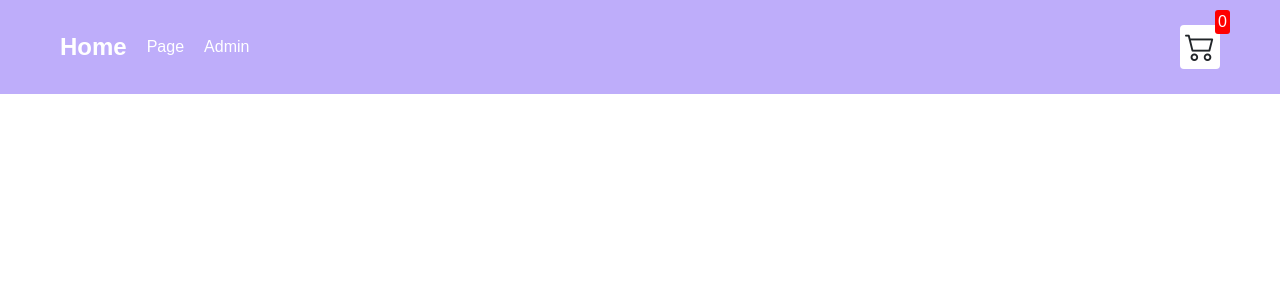
Repository: ducdatit2002/Capstone-management-product
Page: customer/views/index.html
An editor plug-in stored every save of this project. The page is shown before and after the next save, followed by the edit.
The browser window is 1280 px wide. The pictures show the whole page.

Above is the page before, as saved 2023-10-26 16:50:24.

### customer/views/index.html
<!DOCTYPE html>
<html lang="en">

<head>
  <meta charset="UTF-8">
  <meta http-equiv="X-UA-Compatible" content="IE=edge">
  <meta name="viewport" content="width=device-width, initial-scale=1.0">
  <title>Home </title>
  <link rel="stylesheet" href="./../../assets/customer.css">
  <link rel="stylesheet" href="https://cdn.jsdelivr.net/npm/bootstrap-icons@1.8.1/font/bootstrap-icons.css">
</head>

<body>
  <div class="navbar">
    <div class="navbar_direct">
      <a class="nav_item" href="./index.html">
        <h2>Home</h2>
      </a>
      <a class="nav_item" href="./../../index.html">Page</a>
      <a class="nav_item" href="./../../admin/views/index.html">Admin</a>
    </div>

    <a href="cart.html">
      <div class="cart">
        <i class="bi bi-cart2"></i>
        <div id="cartAmount" class="cartAmount">0</div>
      </div>
    </a>

  </div>

  <div class="shop" id="shop">
  </div>

</body>

<script src="./../controllers/main.js"></script>

</html>

### assets/customer.css
/**
BROWSER
**/

* {
  margin: 0;
  padding: 0;
  box-sizing: border-box;
}

body {
  font-family: sans-serif;
}

i {
  cursor: pointer;
}

a {
  text-decoration: none;
  color: white;
}

/**
NAVBAR
  **/

.navbar {
  display: flex;
  flex-direction: row;
  justify-content: space-between;
  background-color: #BEADFA;
  color: white;
  padding: 25px 60px;
  margin-bottom: 30px;
}

.navbar_direct {
  display: flex;
  line-height: 1.5em;
  align-items: center;
}

.nav_item {
  padding-right: 20px;
}

.cart {
  position: relative;
  background-color: #fff;
  color: #212529;
  font-size: 30px;
  padding: 5px;
  border-radius: 4px;
}

.cartAmount {
  position: absolute;
  top: -15px;
  right: -10px;
  font-size: 16px;
  background-color: red;
  color: white;
  padding: 3px;
  border-radius: 3px;
}

/**
SHOP ITEMS
  **/

.shop {
  display: grid;
  grid-template-columns: repeat(4, 223px);
  gap: 30px;
  justify-content: center;
  margin-bottom: 50px;
}

@media (max-width: 1000px) {
  .shop {
    grid-template-columns: repeat(2, 223px);
  }
}

@media (max-width: 500px) {
  .shop {
    grid-template-columns: repeat(1, 223px);
  }
}

.item {
  border: 2px solid #F8BDEB;
  border-radius: 4px;
}

.item img {
  width: 100%;
  border-radius: 2px 2px 0 0;
}

.details {
  display: flex;
  flex-direction: column;
  padding: 10px;
  gap: 10px;
}

.price-quantity {
  display: flex;
  flex-direction: row;
  justify-content: space-between;
  align-items: center;
}

.buttons {
  display: flex;
  flex-direction: row;
  gap: 8px;
  font-size: 16px;
}

.bi-dash-lg {
  color: red;
}

.bi-plus-lg {
  color: green;
}

/**
  * ! style rules for label and some buttons
  **/

.text-center {
  text-align: center;
  margin-bottom: 20px;
}

.HomeBtn,
.checkout,
.removeAll {
  background-color: #212529;
  color: white;
  border: none;
  padding: 6px;
  border-radius: 3px;
  cursor: pointer;
  margin-top: 10px;
}

.checkout {
  background-color: green;
}

.removeAll {
  background-color: red;
}

.bi-x-lg {
  color: red;
  font-weight: bold;
}

/**
shopping-cart
  **/

.shopping-cart {
  display: grid;
  grid-template-columns: repeat(1, 320px);
  justify-content: center;
  gap: 15px;
}

/**
  * ! style rules for cart-item
  **/

.cart-item {
  border: 2px solid #212529;
  border-radius: 5px;
  display: flex;
}

.title-price-x {
  width: 195px;
  display: flex;
  align-items: center;
  justify-content: space-between;
  /* border: 2px solid red; */
}

.title-price {
  display: flex;
  align-items: center;
  gap: 10px;
}

.cart-item-price {
  background-color: #212529;
  color: white;
  border-radius: 4px;
  padding: 3px 6px;
}

Loaded but not shown: customer/controllers/main.js (no stored copy; drawn as an empty file)

After the next save:
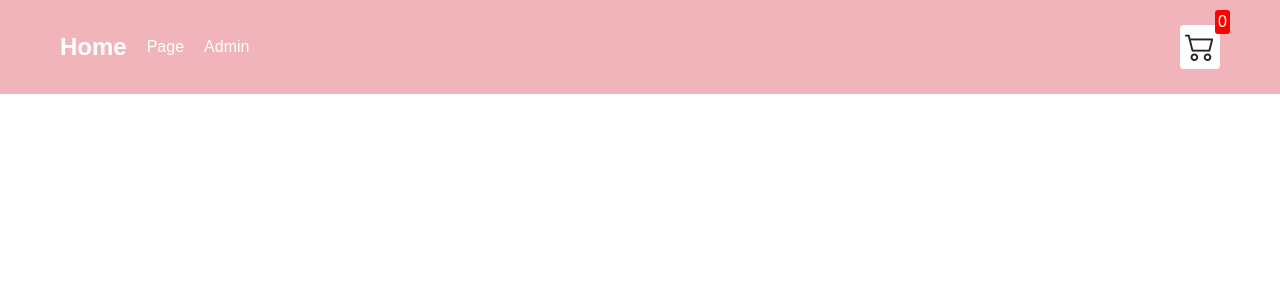
Saved 9 s later.
--- a/assets/customer.css
+++ b/assets/customer.css
@@ -29,7 +29,7 @@ NAVBAR
   display: flex;
   flex-direction: row;
   justify-content: space-between;
-  background-color: #BEADFA;
+  background-color: #F1B4BB;
   color: white;
   padding: 25px 60px;
   margin-bottom: 30px;
